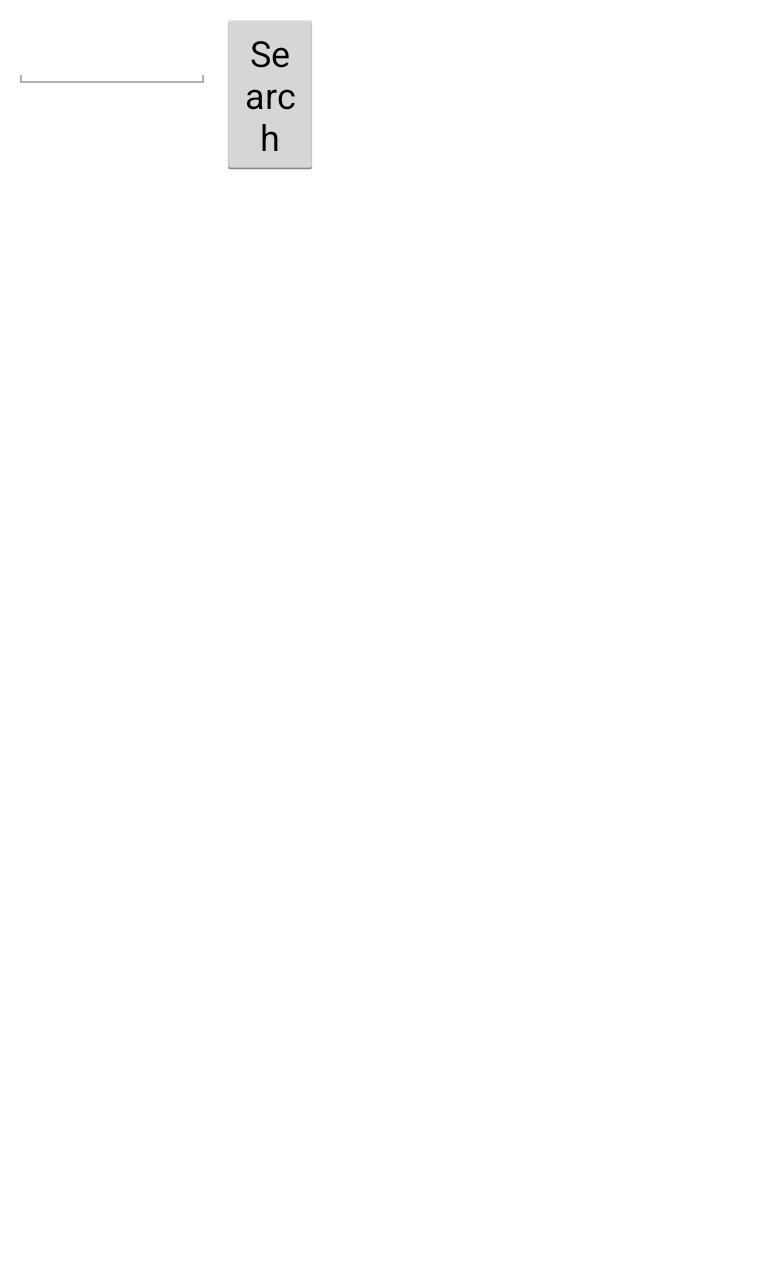
Repository: hugoM1/trainingNaranya
Layout: Layouts/res/layout/activity_absolute_layout.xml
These files come from the project's save history. The layout is drawn as it stood at one moment and after the next save; the edit follows.
It is drawn on a 768 x 1280 px phone screen (xhdpi) without system bars, with theme AppTheme; the app's code is not run.

Above is the layout before, as saved 2013-08-14 02:14:37.

After the next save:
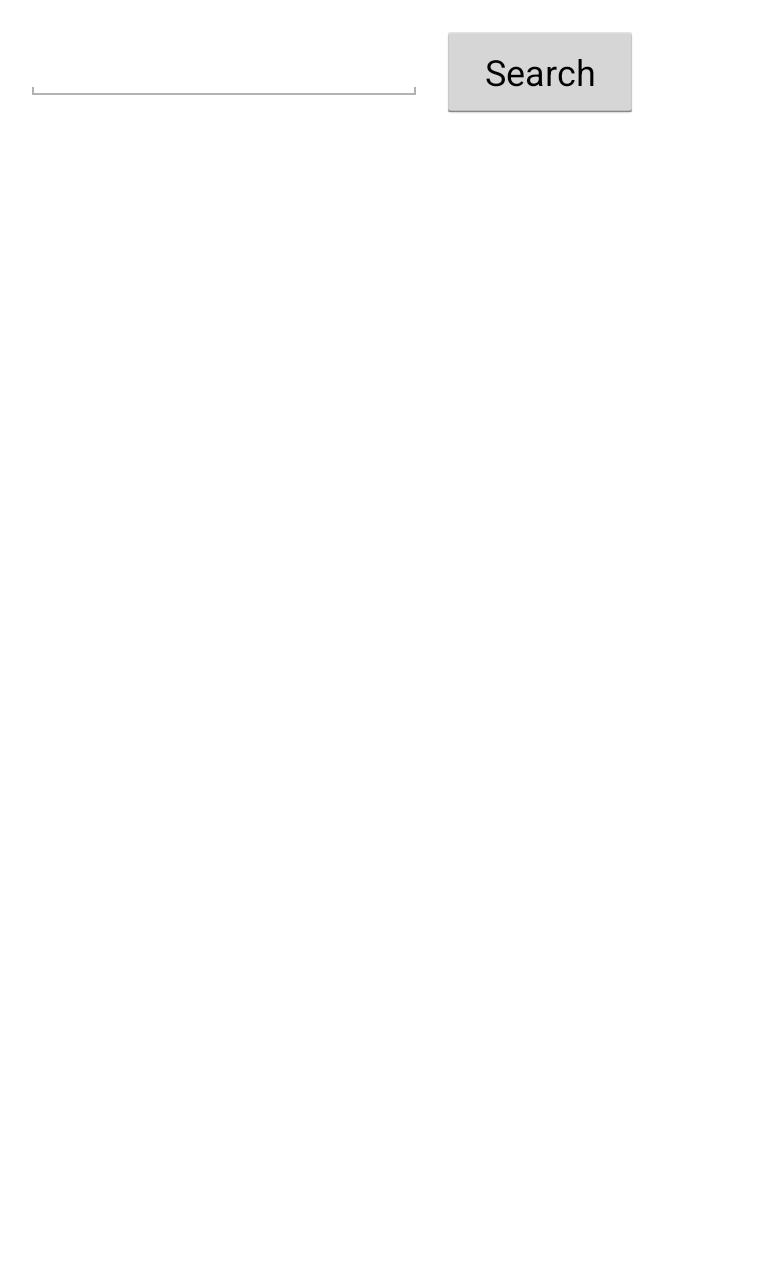
Saved 39 s later.
--- a/Layouts/res/layout/activity_absolute_layout.xml
+++ b/Layouts/res/layout/activity_absolute_layout.xml
@@ -4,16 +4,16 @@
 	android:layout_width="fill_parent"
 	android:layout_height="fill_parent"
 	xmlns:android="http://schemas.android.com/apk/res/android">
-	<EditText android:id="@+id/EditText01"
-	    android:layout_width="200px"
+	<EditText android:id="@+id/EText01"
+	    android:layout_width="200dp"
 		android:layout_height="wrap_content"
-		android:layout_x="12px"
-		android:layout_y="12px" />
+		android:layout_x="12dp"
+		android:layout_y="12dp" />
 	<Button
 	    android:text="Search"
-	    android:id="@+id/Button01"
-		android:layout_width="100px"
+	    android:id="@+id/B01"
+		android:layout_width="100dp"
 		android:layout_height="wrap_content"
-		android:layout_x="220px"
-		android:layout_y="12px" />
+		android:layout_x="220dp"
+		android:layout_y="12dp" />
 </AbsoluteLayout>
